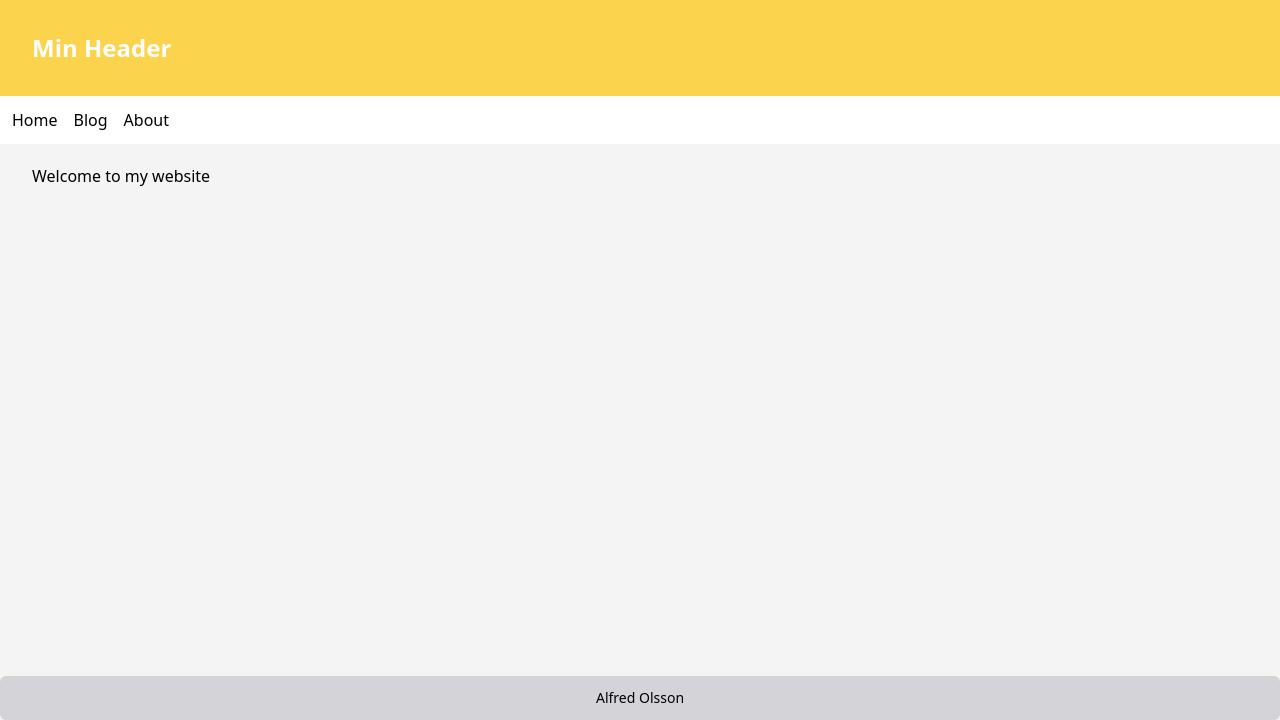
Repository: AlligatorAffe/NextWebsite
Page: /
An editor plug-in stored every save of this project. The page is shown before and after the next save, followed by the edit.
The browser window is 1280 px wide. The pictures show the whole page.
The project was rebuilt for these pictures with package versions that can differ from the ones it lists, and the page was loaded fresh each time. The framework's server and built-in components were replaced by stand-ins that run in the browser. Also part of the build but not shown: next.config.js.

Above is the page before, as saved 2024-01-04 21:59:12.

### app/layout.tsx
import './globals.css'
import { Metadata } from 'next'
import Link from 'next/link'




export const metadata: Metadata = {
  title: 'My webbpage',
  description: 'Welcome to Next.js',
}

/**
 *
 *
 *
 *
 *
 *

const inter = Inter({ subsets: ['latin'] })

export const metadata: Metadata = {
  title: 'Create Next App',
  description: 'Generated by create next app',
}

export default function RootLayout({
  children,
}: {
  children: React.ReactNode
}) {
  return (
    <html lang="en">
      <body>{children}</body>
    </html>
  )
}

 */

export default function RootLayout({
  // Layouts must accept a children prop.
  // This will be populated with nested layouts or pages
  children,

}: {
  children: React.ReactNode
}) {
  const navLinks = [
    { href: '/', label: 'Home' },
    { href: '/blogpost', label: 'Blog' },
    { href: '/about', label: 'About' },
  ];
  return (
    <html lang="en">
      <body className="flex flex-col min-h-screen bg-zinc-100 text-black">
        <div className="flex-grow">
          <header className="bg-amber-300 p-8">
            <h1 className="text-2xl font-bold text-white">Min Header</h1>
          </header>

          <nav className="bg-white p-3">
            <ul className="flex space-x-4">
              {navLinks.map((link, index) => (
                <li key={index}>
                  <Link href={link.href}>
                    {link.label}
                  </Link>
                </li>
              ))}
            </ul>
          </nav>
          <div className='pt-5 p-8'>
            {children}
          </div>

        </div>
        <footer className="bg-zinc-300 rounded-md p-3">
          <h3 className="text-black text-center text-sm font-medium">Alfred Olsson</h3>
        </footer>
      </body>
    </html>

  )
}

### app/template.tsx



export default function Template({ children }: { children: React.ReactNode }) {
    return <div>{children}</div>
  }

### app/page.tsx
import Image from 'next/image'
import { Metadata } from 'next'
import Link from 'next/link'

/*
export default function Page() {
  return <div >
      <h1 >
        Welcome to my website
      </h1>
    </div>

}
*/


export const metadata: Metadata = {
  title: 'My Page Title',
}

export default function Page() {
  return <div >
  <h1 >
    Welcome to my website
  </h1>

</div>
}

Loaded but not shown: app/globals.css (common file); tailwind.config.ts (common file)

After the next save:
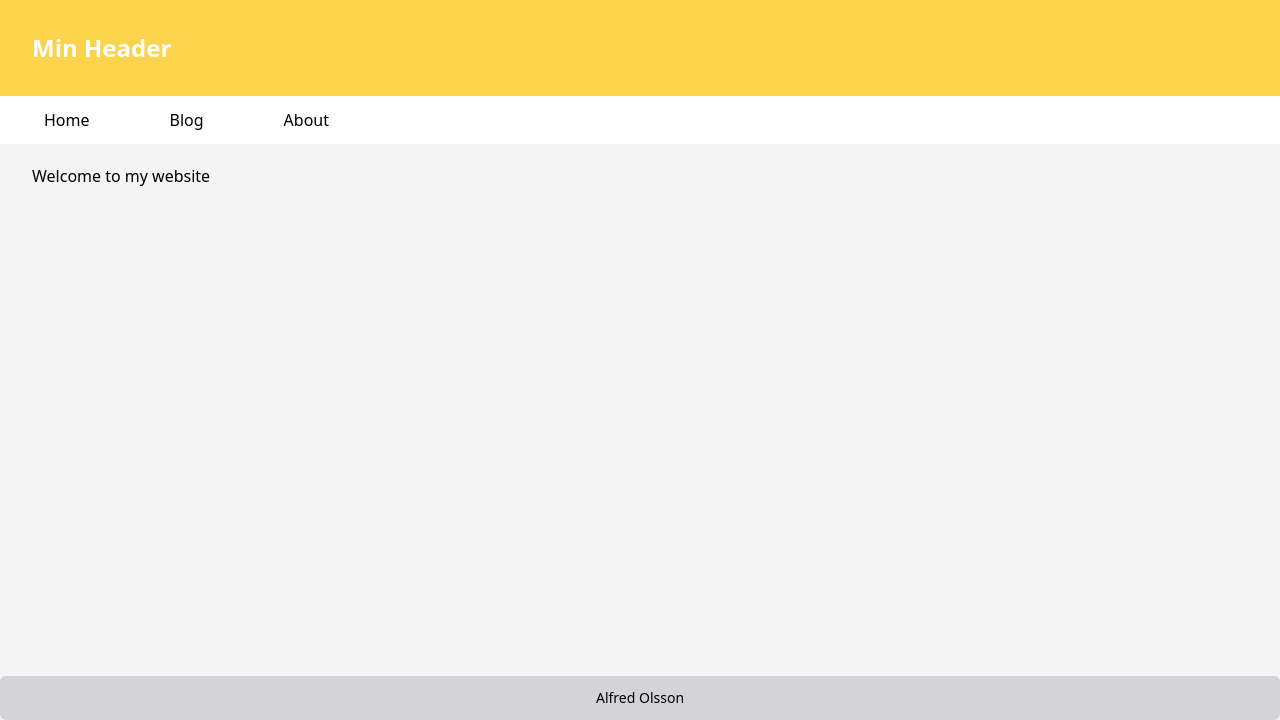
Saved 63 s later.
--- a/app/layout.tsx
+++ b/app/layout.tsx
@@ -64,7 +64,7 @@
             <ul className="flex space-x-4">
               {navLinks.map((link, index) => (
                 <li key={index}>
-                  <Link href={link.href}>
+                  <Link href={link.href} className="p-8">
                     {link.label}
                   </Link>
                 </li>
